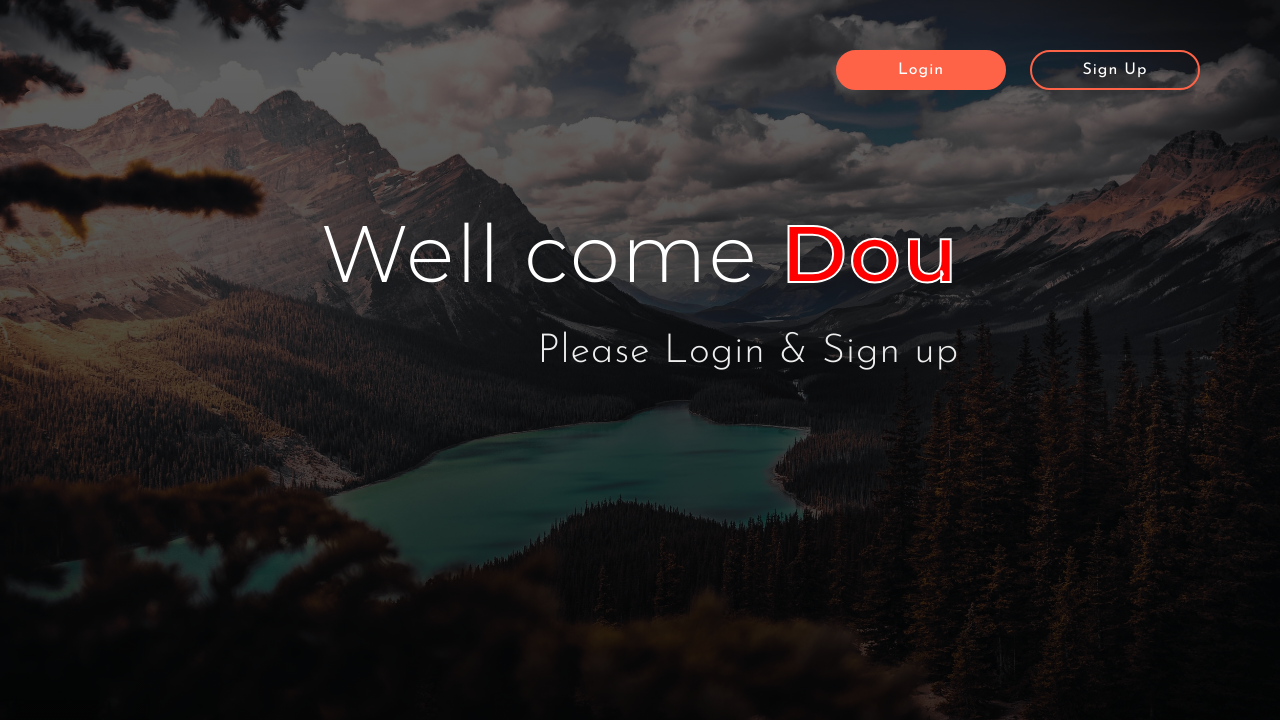
Repository: motamedipour2022/javascript_project
Page: model_form1/index.html
An editor plug-in stored every save of this project. The page is shown before and after the next save, followed by the edit.
The browser window is 1280 px wide. The pictures show the whole page.
Some web libraries are served in a nearby version.

Above is the page before, as saved 2022-12-20 12:28:11.

After the next save:
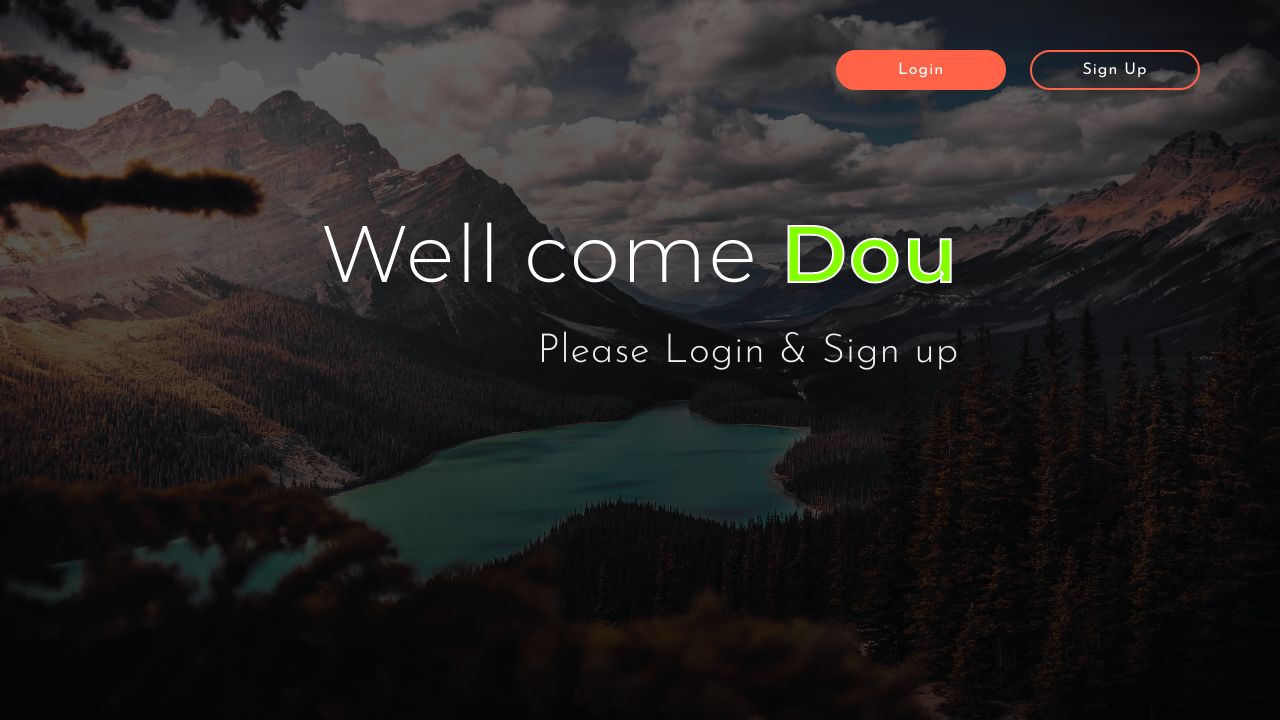
Saved 6 s later.
--- a/model_form1/style.css
+++ b/model_form1/style.css
@@ -27,7 +27,7 @@
   margin-bottom: 30px;
 }
 .banner-text h1 span{
-  color: red;
+  color: rgb(132, 255, 0);
   font-weight: 800;
   -webkit-text-stroke: 2px white;
 }
